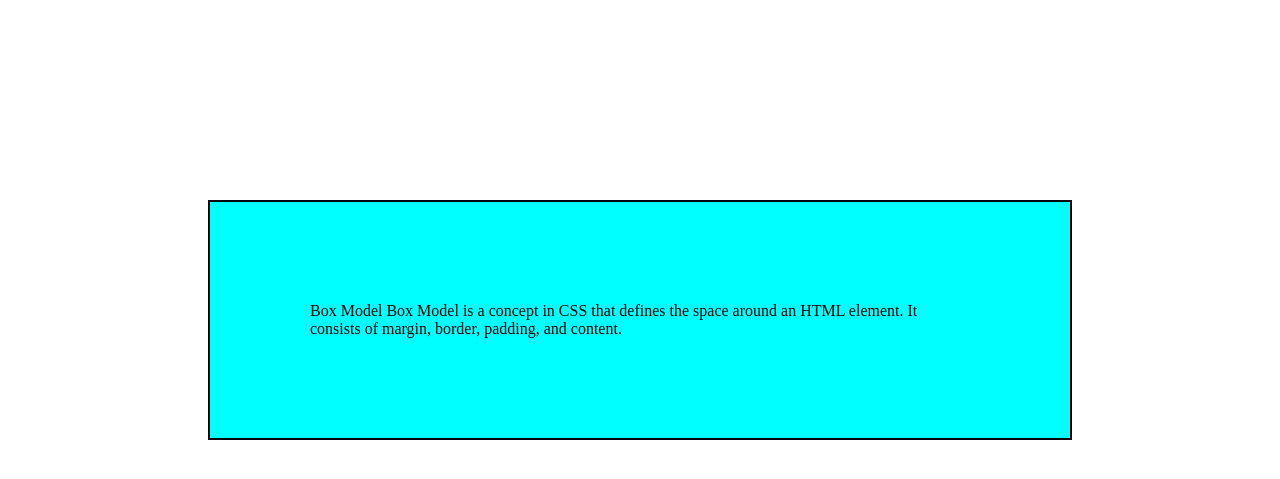
Repository: arunyerram/Web-TEChnologies
Page: Class4/index.html
The author's editor kept a copy of each file at every save. The page is drawn from the files as they stood at one save, then again after the next save.
The browser window is 1280 px wide. The pictures show the whole page.

Above is the page before, as saved 2025-02-18 12:30:40.

### Class4/index.html
<!DOCTYPE html>
<html lang="en">
<head>
    <meta charset="UTF-8">
    <meta name="viewport" content="width=device-width, initial-scale=1.0">
    <title>CSS Rox Model</title>
    <style>
        /* CSS Rox Model */
        .box{
            border:2px solid black;
            background-color: aqua;
            padding: 100px;
            margin: 200px;
            text

        }
    </style>
</head>
<body>
    <div class="box">
        Box Model
        Box Model is a concept in CSS that defines the space around an HTML element. It consists of margin, border, padding, and content.
    </div>
</body>
</html>

After the next save:
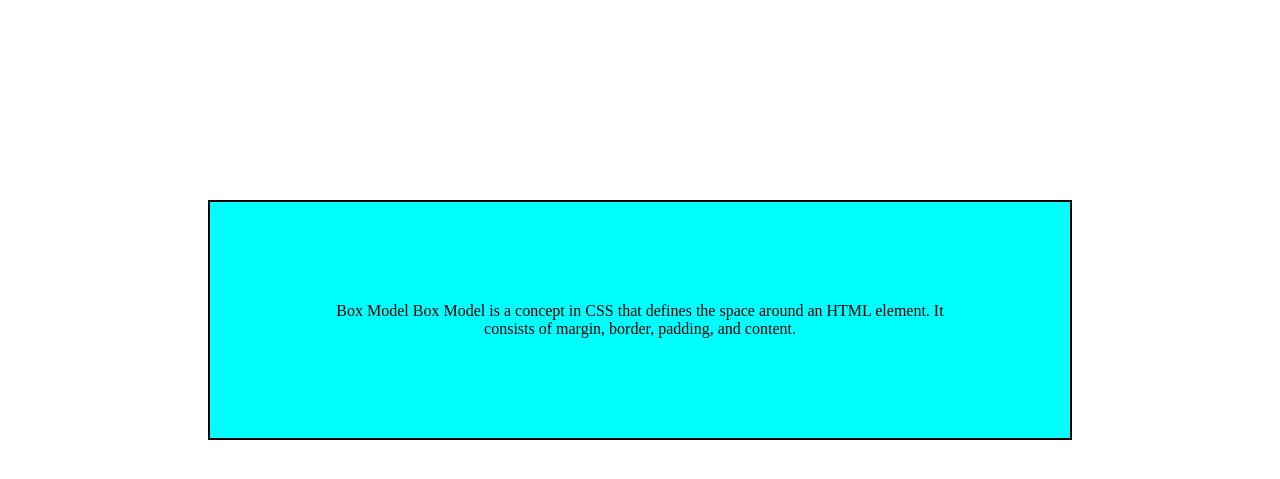
Saved 6 s later.
--- a/Class4/index.html
+++ b/Class4/index.html
@@ -11,8 +11,7 @@
             background-color: aqua;
             padding: 100px;
             margin: 200px;
-            text
-
+            text-align:center;
         }
     </style>
 </head>

After the save that followed:
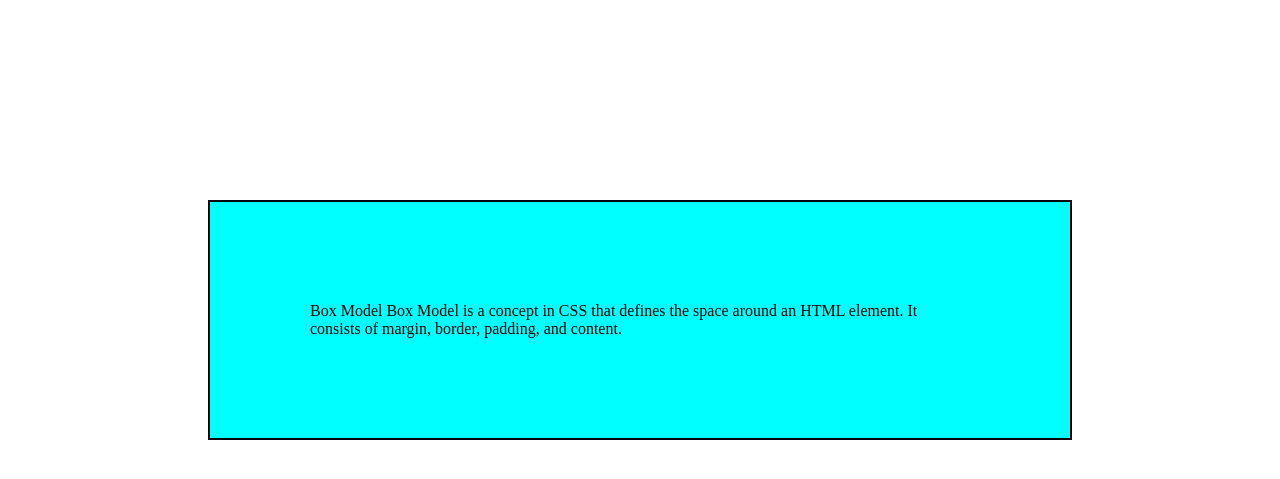
Saved 5 s later.
--- a/Class4/index.html
+++ b/Class4/index.html
@@ -11,7 +11,7 @@
             background-color: aqua;
             padding: 100px;
             margin: 200px;
-            text-align:center;
+            text-align:left;
         }
     </style>
 </head>
